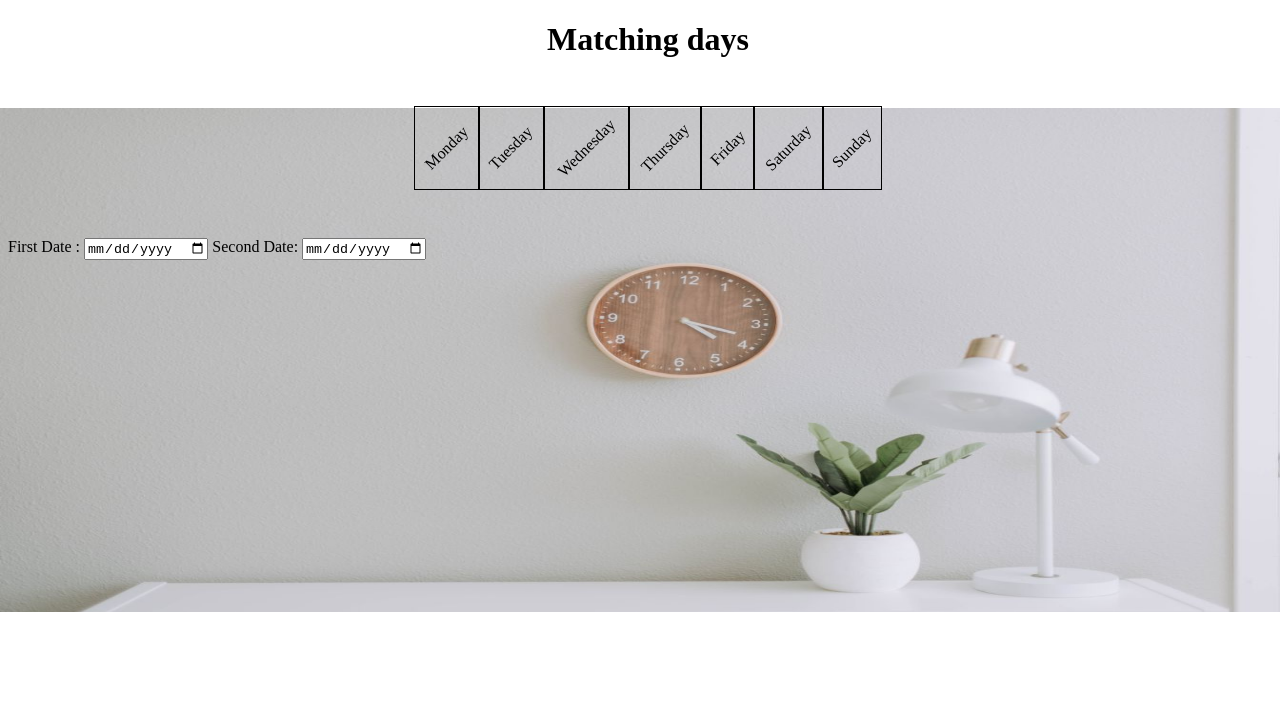
Repository: lasity34/matching-days
Page: index.html
These files come from the project's save history. The page is drawn as it stood at one moment and after the next save; the edit follows.
The browser window is 1280 px wide. The page is 1288 px wide, so the pictures cover 1288 px, including what lies to the right of the window. The pictures show the whole page.
Some web fonts or font styles are not loaded; a fallback is used. Some web libraries are served in a nearby version.

Above is the page before, as saved 2023-05-10 10:41:15.

After the next save:
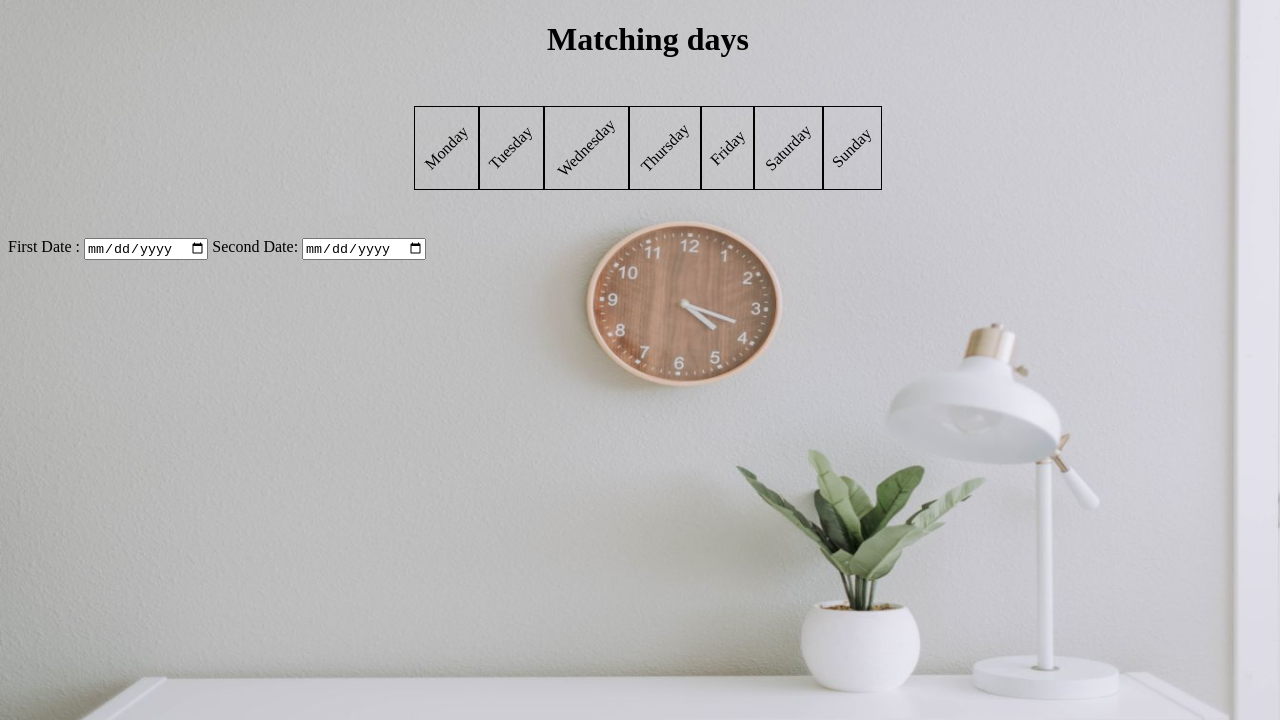
Saved 8 s later.
--- a/style.css
+++ b/style.css
@@ -1,7 +1,7 @@
 
 html {
     font-family: 'Battambang', cursive;
-    background: url("./Images/background-photo.jpg") no-repeat  center / 100% 70% fixed ;
+    background: url("./Images/background-photo.jpg") no-repeat  center / 100% 100% fixed ;
 }
 
 body {
